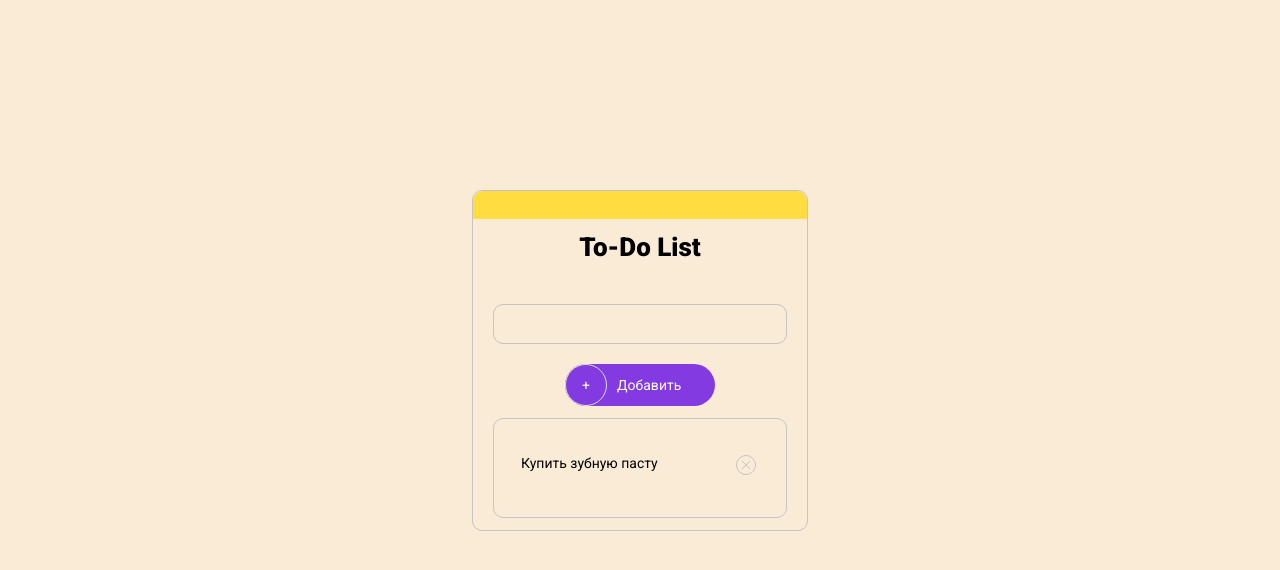
Repository: NatiqSamiyev/To-do-List-js
Page: insex.html
An editor plug-in stored every save of this project. The page is shown before and after a run of saves, followed by the edit.
The browser window is 1280 px wide. The pictures show the whole page.
Some web fonts or font styles are not loaded; a fallback is used.

Above is the page before, as saved 2023-10-31 12:06:02.

After the next 4 saves:
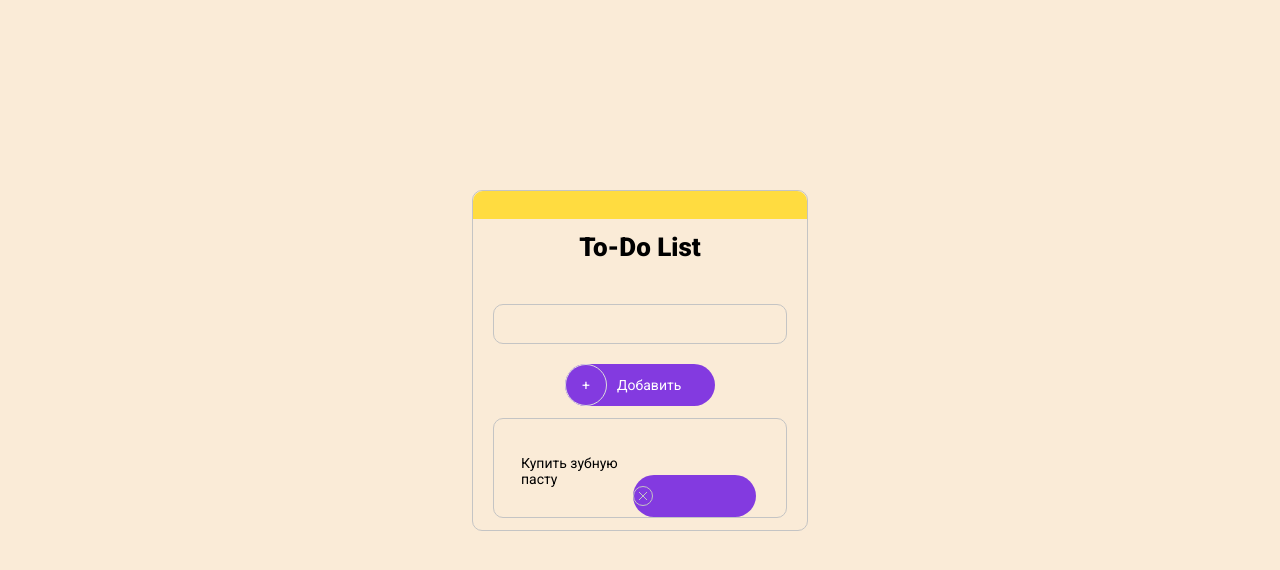
The 4 saves are shown as one change because they came seconds apart.
The last was saved 14 s later.
--- a/insex.html
+++ b/insex.html
@@ -26,7 +26,9 @@
           <ul>
             <li>
               <h3>Купить зубную пасту</h3>
-              <img src="./image/Group 56.svg" alt="" />
+              <button>
+                <img src="./image/Group 56.svg" alt="" />
+              </button>
             </li>
           </ul>
         </main>
